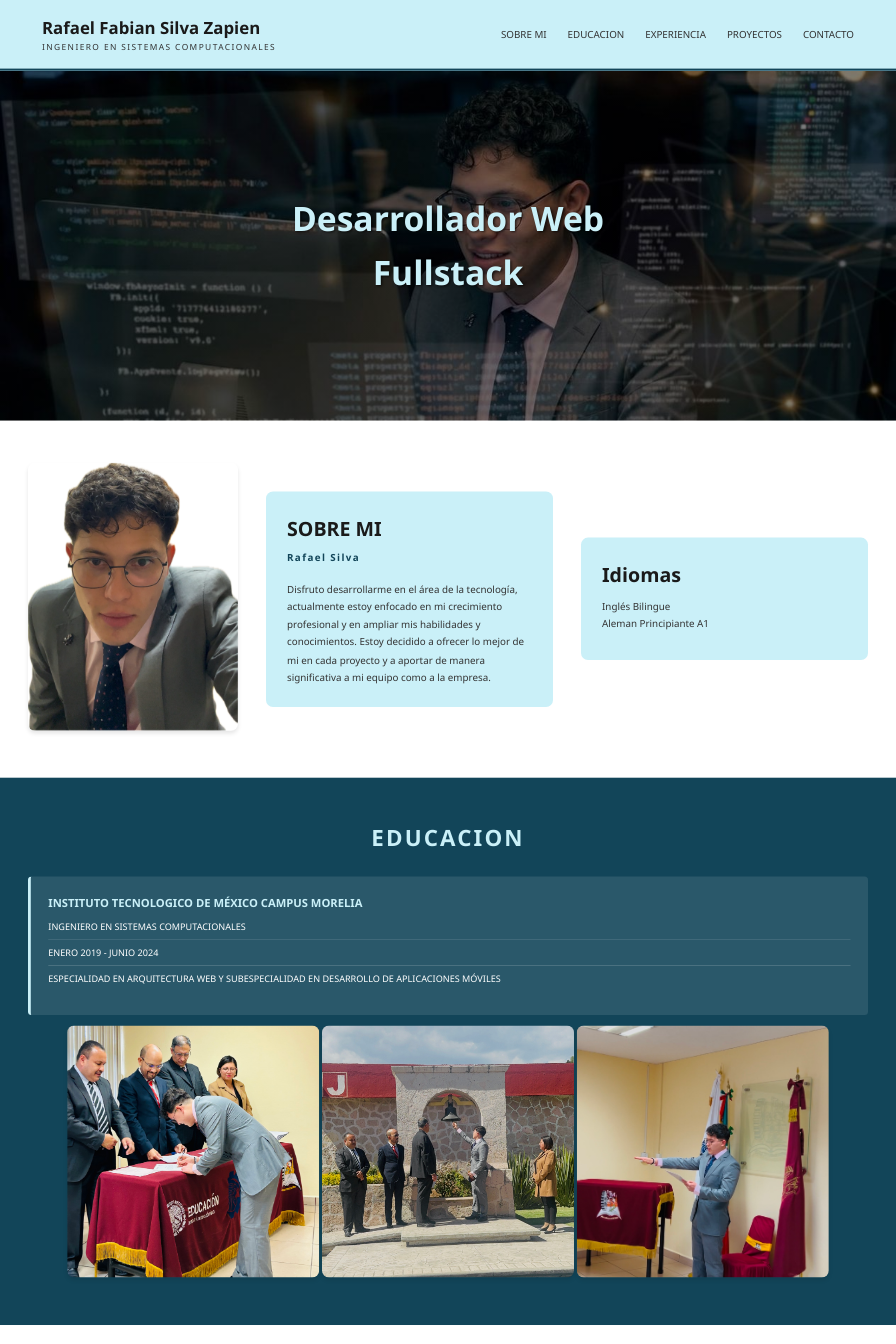
Repository: rafaelsilva2k/mi-portafolio
Page: index.html
An editor plug-in stored every save of this project. The page is shown before and after the next save, followed by the edit.
The browser window is 1280 px wide. The pictures show the part of the page from y = 0 to 1920 px (the page is 3313 px tall), at 70% of full size.

Above is the page before, as saved 2026-04-17 12:52:41.

After the next save:
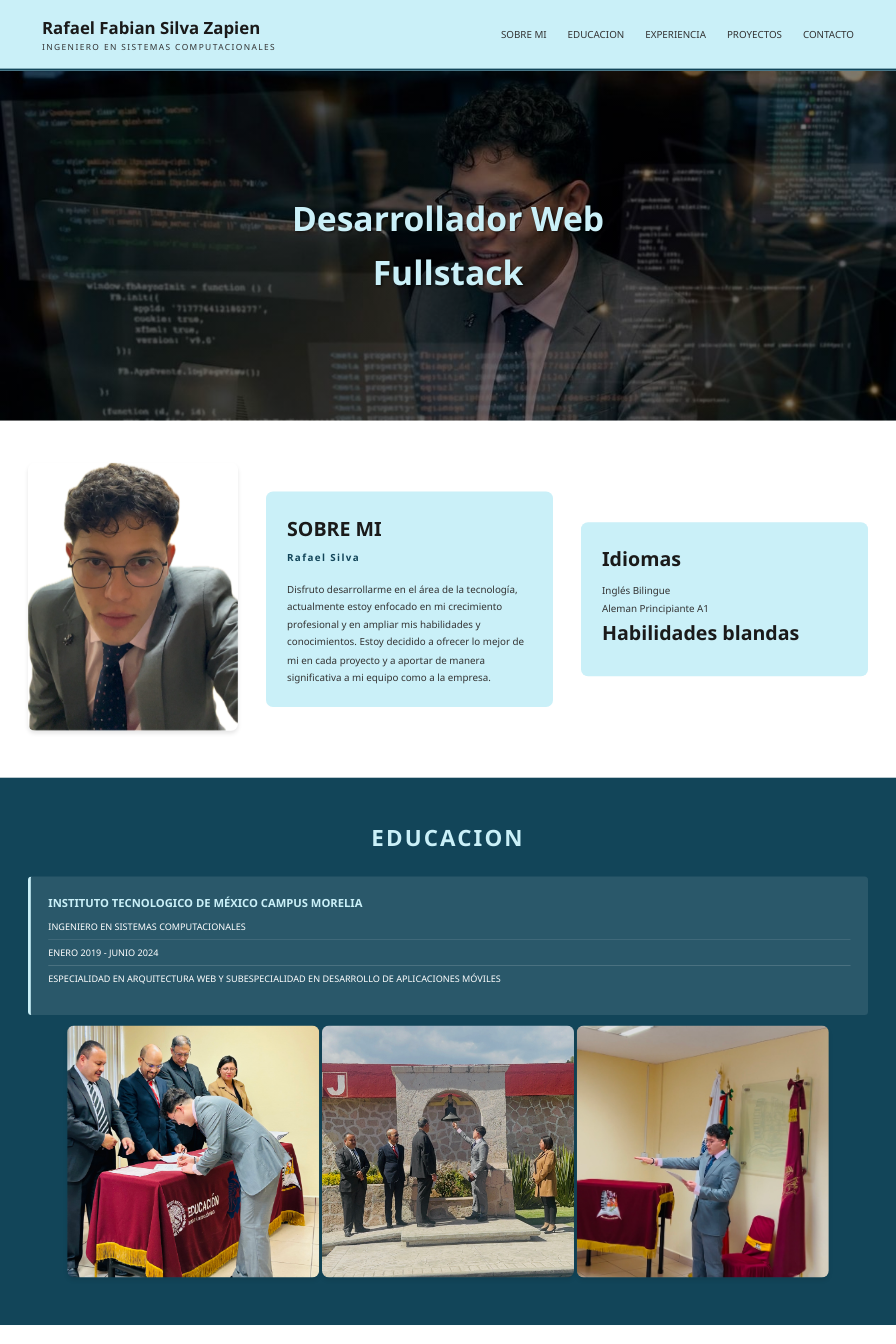
Saved 6 s later.
--- a/index.html
+++ b/index.html
@@ -48,7 +48,7 @@
             <div class="sobre-mi-texto">
                 <h2>Idiomas</h2>
                 <p>Inglés Bilingue <br> Aleman Principiante A1</p>
-                <h2></h2>
+                <h2>Habilidades blandas</h2>
             </div>
         </div>
       </section>
